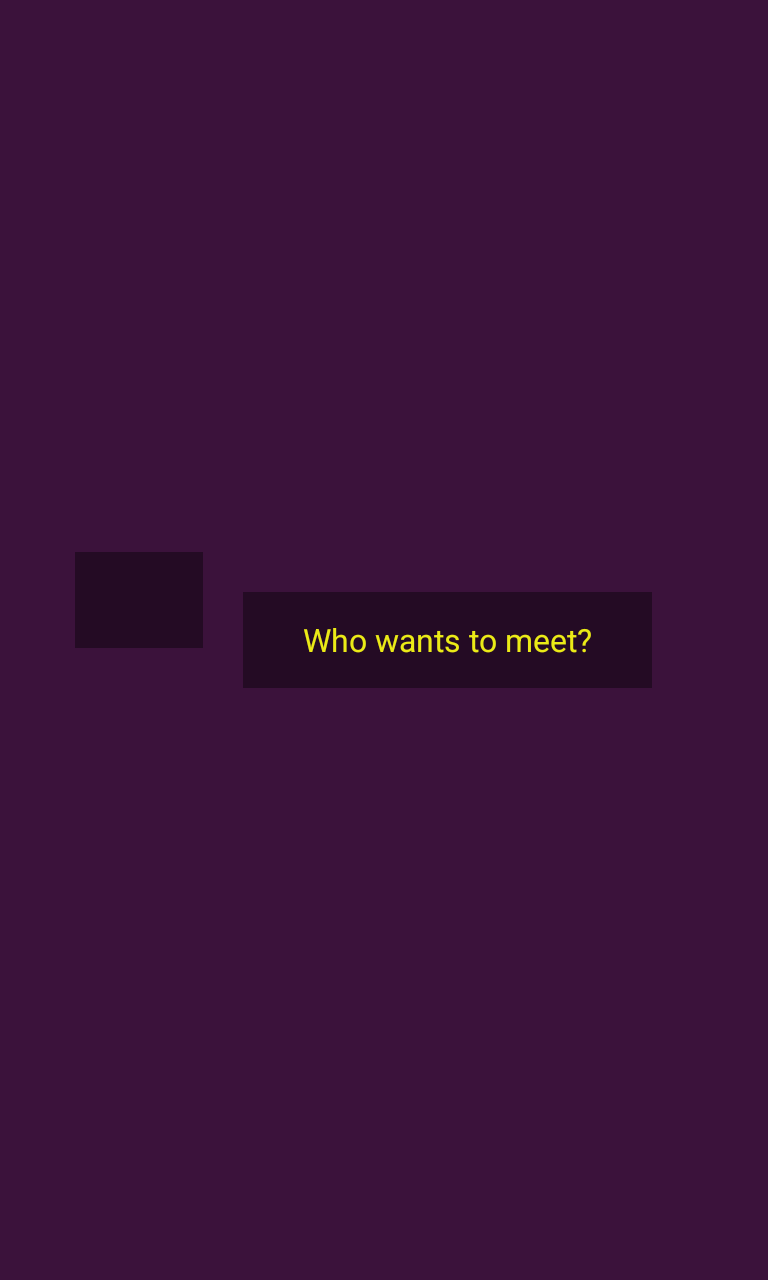
Repository: Valian/MeetMe
Layout: MeetMe/res/layout/activity_main_menu.xml
An editor plug-in stored every save of this project. The layout is shown before and after the next save, followed by the edit.
It is drawn on a 768 x 1280 px phone screen (xhdpi) without system bars, with theme AppTheme; the app's code is not run.

Above is the layout before, as saved 2014-01-10 00:38:30.

After the next save:
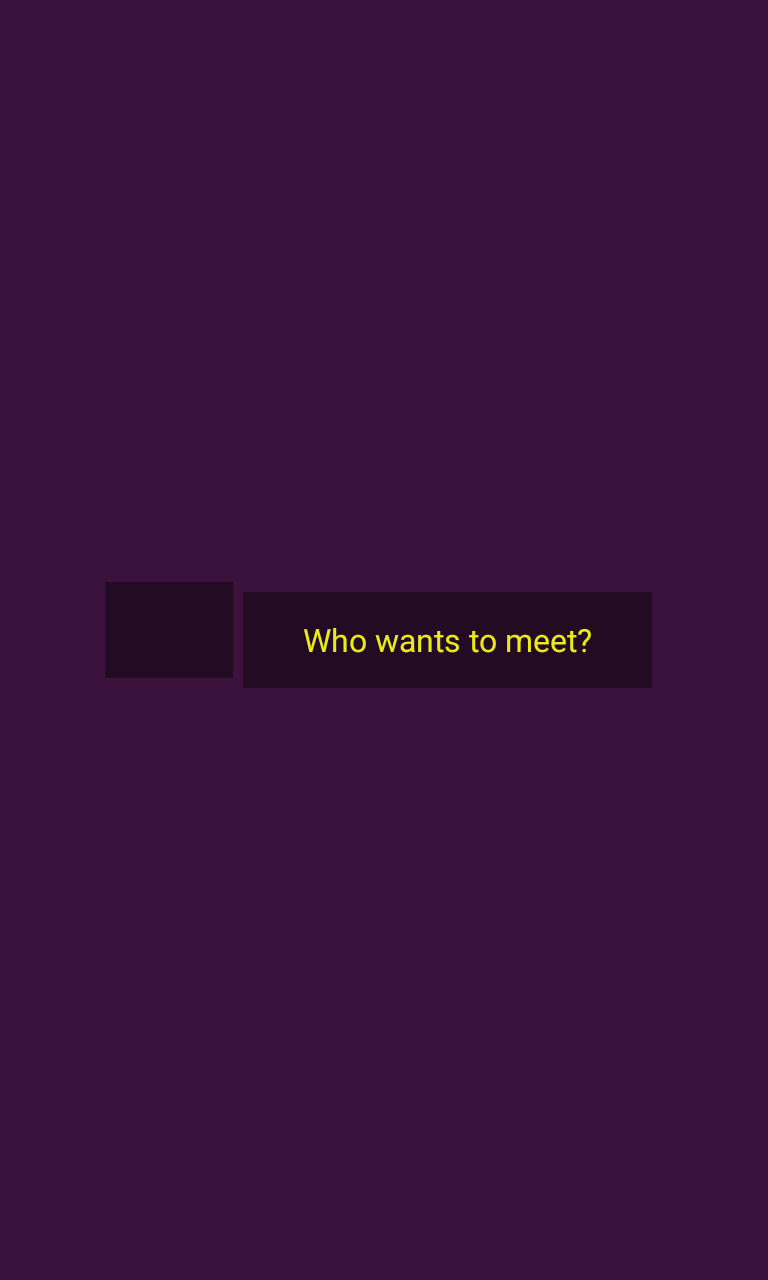
Saved 6 s later.
--- a/MeetMe/res/layout/activity_main_menu.xml
+++ b/MeetMe/res/layout/activity_main_menu.xml
@@ -14,7 +14,7 @@
 	    android:onClick="statusChangeButtonClicked" />
 
 	    <Button
-	    android:layout_margin="20dp"
+	    android:layout_margin="5dp"
 	    android:id="@+id/personListButton"
 	    style="@style/BigButton"
 	    android:text="@string/who_wants_to_meet"
